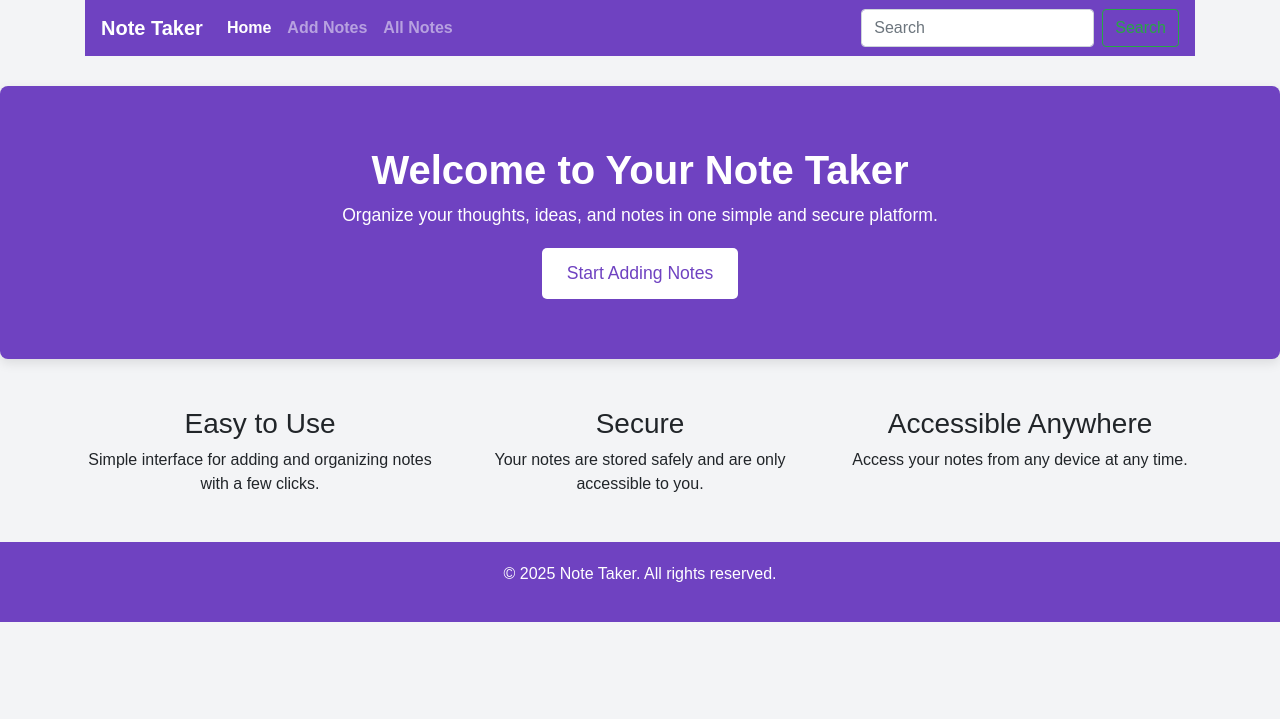
Repository: SudarshanSarnaik/Note_Taker
Page: http://localhost/NoteTaker/
These files come from the project's save history. The page is drawn as it stood at one moment and after the next save; the edit follows.
The browser window is 1280 px wide. The pictures show the whole page.
The page is served by Tomcat 9. Nobody is signed in. The application's start-up code is not run.

Above is the page before, as saved 2025-01-31 11:11:47.

After the next save:
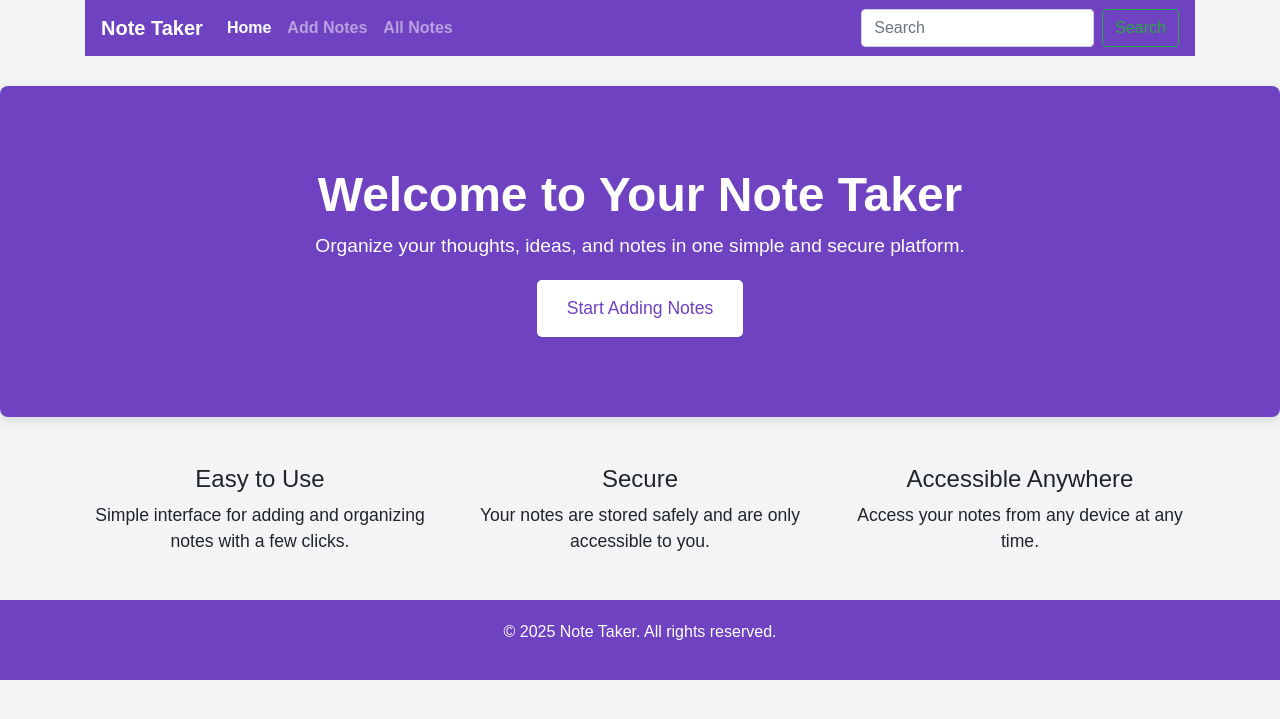
Saved 4 min 9 s later.
--- a/NoteTaker/src/main/webapp/index.jsp
+++ b/NoteTaker/src/main/webapp/index.jsp
@@ -30,23 +30,23 @@
         background-color: #6f42c1;
         color: white;
         text-align: center;
-        padding: 60px 30px;
+        padding: 80px 30px; /* Increased padding */
         border-radius: 8px;
         box-shadow: 0px 4px 12px rgba(0, 0, 0, 0.1);
         margin-top: 30px;
       }
       .hero-section h1 {
-        font-size: 2.5rem;
+        font-size: 3rem; /* Increased font size */
         font-weight: bold;
       }
       .hero-section p {
-        font-size: 1.1rem;
+        font-size: 1.2rem; /* Increased font size */
         margin-bottom: 20px;
       }
       .cta-button {
         background-color: #ffffff;
         color: #6f42c1;
-        padding: 12px 25px;
+        padding: 15px 30px; /* Increased padding */
         font-size: 1.1rem;
         border: none;
         border-radius: 5px;
@@ -62,6 +62,12 @@
         text-align: center;
         padding: 20px;
         margin-top: 30px;
+      }
+      .features-section h3 {
+        font-size: 1.5rem; /* Increased font size */
+      }
+      .features-section p {
+        font-size: 1.1rem; /* Increased font size */
       }
     </style>
   </head>
@@ -79,7 +85,7 @@
     </div>
 
     <!-- Features Section -->
-    <div class="container mt-5">
+    <div class="container mt-5 features-section">
       <div class="row">
         <div class="col-md-4 text-center">
           <h3>Easy to Use</h3>
